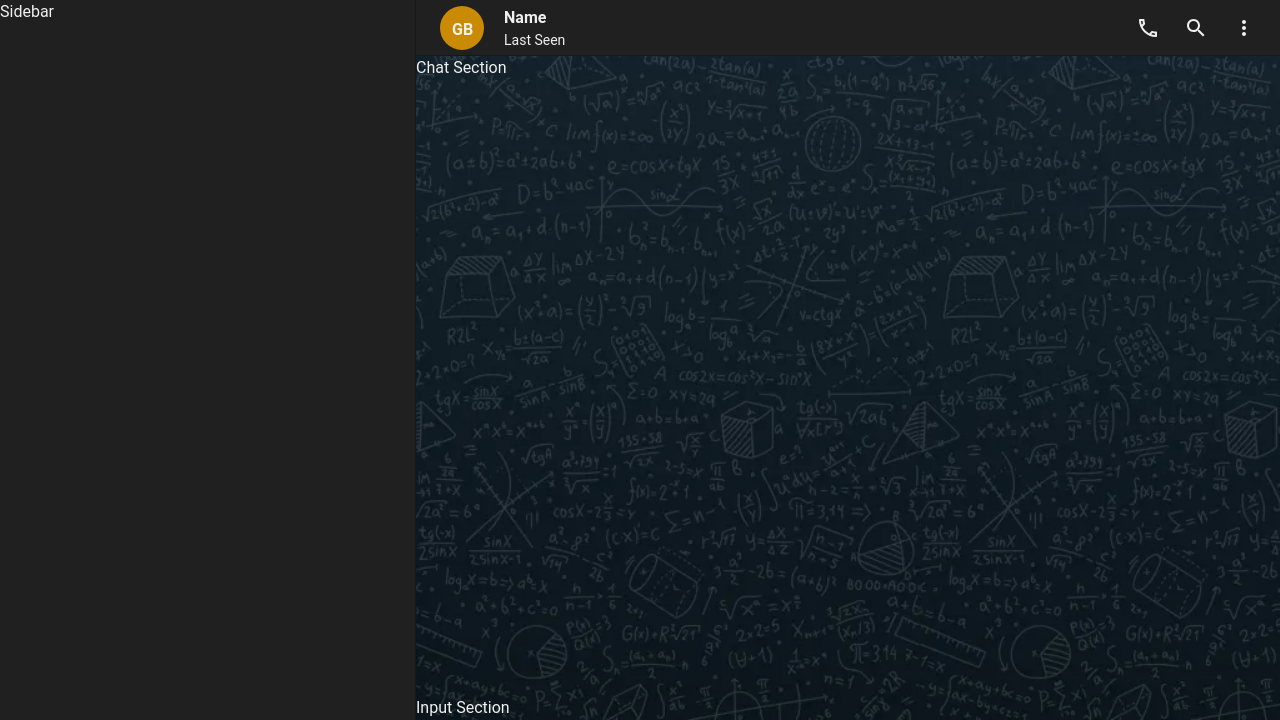
Repository: Qu4ntumGuy/telegram-clone
Page: /
An editor plug-in stored every save of this project. The page is shown before and after the next save, followed by the edit.
The browser window is 1280 px wide. The pictures show the whole page.
The project was rebuilt for these pictures with package versions that can differ from the ones it lists, and the page was loaded fresh each time. Also part of the build but not shown: src/Utils/ContextProvider.js, src/Pages/ChatPage.js/ChatPage.js.

Above is the page before, as saved 2024-07-15 12:12:01.

### src/index.css
@tailwind base;
@tailwind components;
@tailwind utilities;

:root {
  font-family: "Roboto", sans-serif;
  color-scheme: light;
  body {
    @apply bg-[#181818] text-[#f0f0f0];
  }
}
/*
:root {
  @apply bg-[#181818];
} */

### src/App.js
import { Routes, BrowserRouter, Route } from "react-router-dom";
import Sidebar from "./Components/Sidebar";
import Home from "./Pages/Home/Home";
import ChatPage from "./Pages/ChatPage.js/ChatPage";

function App() {
  return (
    <div className="flex max-w-[105rem] mx-auto">
      <Sidebar />
      <BrowserRouter>
        <Routes>
          <Route path="/" element={<Home />} />
          <Route path="/k/:id" element={<ChatPage />} />
        </Routes>
      </BrowserRouter>
      {/* <Home /> */}
    </div>
  );
}

export default App;

### src/Components/Sidebar.js
import React from "react";
import { useComponentContext } from "../Utils/ContextProvider";

function Sidebar() {
  const context = useComponentContext();
  return (
    <div className="w-full md:max-w-[26rem] bg-[#202020] border-r border-[#181818] h-screen">
      Sidebar
    </div>
  );
}

export default Sidebar;

### src/Pages/Home/Home.js
import React from "react";
import backgroundImage from "../../Assets/Desktop.webp";
import Topbar from "../../Components/Topbar";

function Home() {
  const image =
    "https://blog.1a23.com/wp-content/uploads/sites/2/2020/02/pattern_02-150x150.png";

  //   const divStyle = {
  //     width: "100%",
  //     height: "100vh", // Adjust the height as needed
  //     backgroundImage: `url(${backgroundImage})`,
  //     backgroundSize: "cover", // Ensures the image covers the entire div
  //     backgroundPosition: "center", // Centers the image
  //   };
  return (
    <div
      className="md:flex flex-col justify-center bg-cover h-screen hidden md:w-full "
      style={{ backgroundImage: `url(${backgroundImage})` }}
    >
      <div className="top-0 mb-auto h-14 bg-[#202020] border-b border-[#181818]">
        <Topbar />
      </div>
      <div className="flex flex-col h-full">
        <div className="top-0">Chat Section</div>
        <div className="bottom-0 mt-auto">Input Section</div>
      </div>
    </div>
  );
}

export default Home;

### src/Components/Topbar.js
import React from "react";
import CallOutlinedIcon from "@mui/icons-material/CallOutlined";
import SearchIcon from "@mui/icons-material/Search";
import MoreVertIcon from "@mui/icons-material/MoreVert";

function Topbar() {
  return (
    <div className="flex px-6 h-14">
      <div className="flex-1 flex items-center">
        <div className="bg-yellow-600 p-3 rounded-full h-11 w-11 text-center align-middle font-bold">
          GB
        </div>
        <div className="flex flex-col pl-5 w-full">
          <div className="font-semibold">Name</div>
          <div className="text-sm"> Last Seen</div>
        </div>
      </div>
      <div className="flex items-center space-x-6">
        <div>
          <CallOutlinedIcon />
        </div>
        <div>
          <SearchIcon />
        </div>
        <div>
          <MoreVertIcon />
        </div>
      </div>
    </div>
  );
}

export default Topbar;

Loaded but not shown: public/index.html (common file); src/index.js (common file); src/reportWebVitals.js (common file); tailwind.config.js (common file)

After the next save:
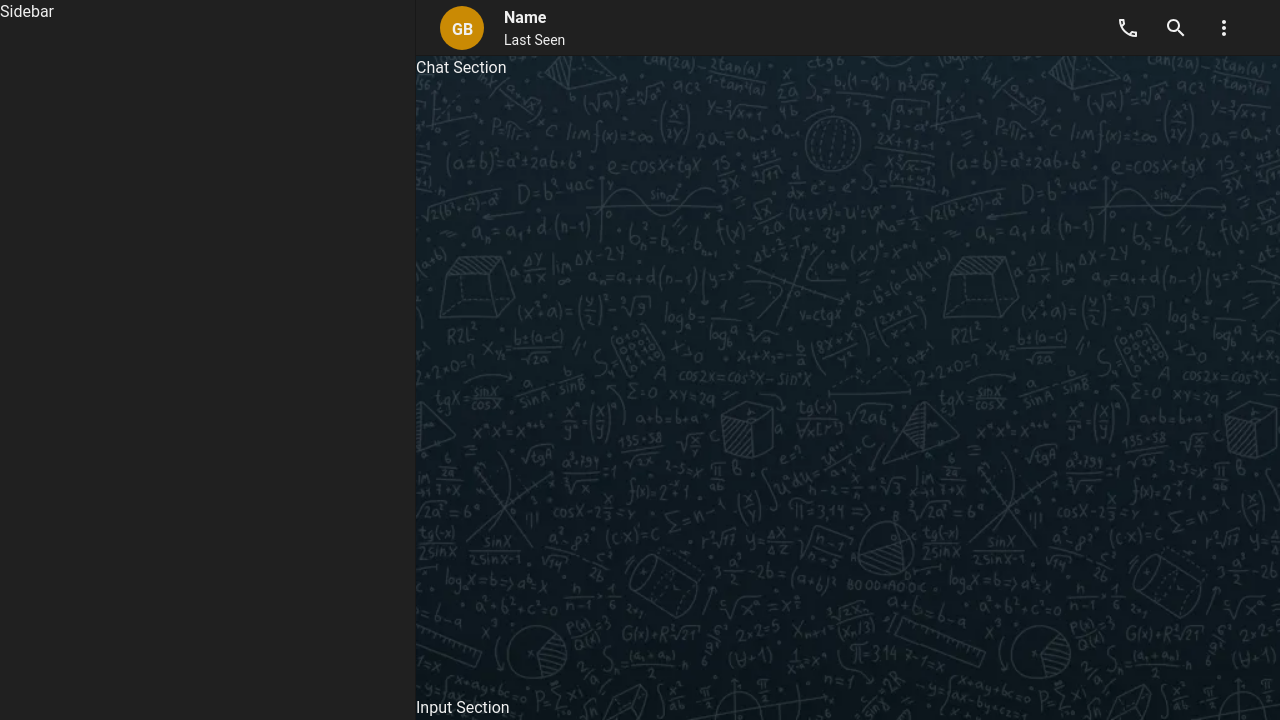
Saved 23 s later.
--- a/src/Components/Topbar.js
+++ b/src/Components/Topbar.js
@@ -15,7 +15,7 @@ function Topbar() {
           <div className="text-sm"> Last Seen</div>
         </div>
       </div>
-      <div className="flex items-center space-x-6">
+      <div className="flex items-center space-x-6 px-5">
         <div>
           <CallOutlinedIcon />
         </div>

After the save that followed:
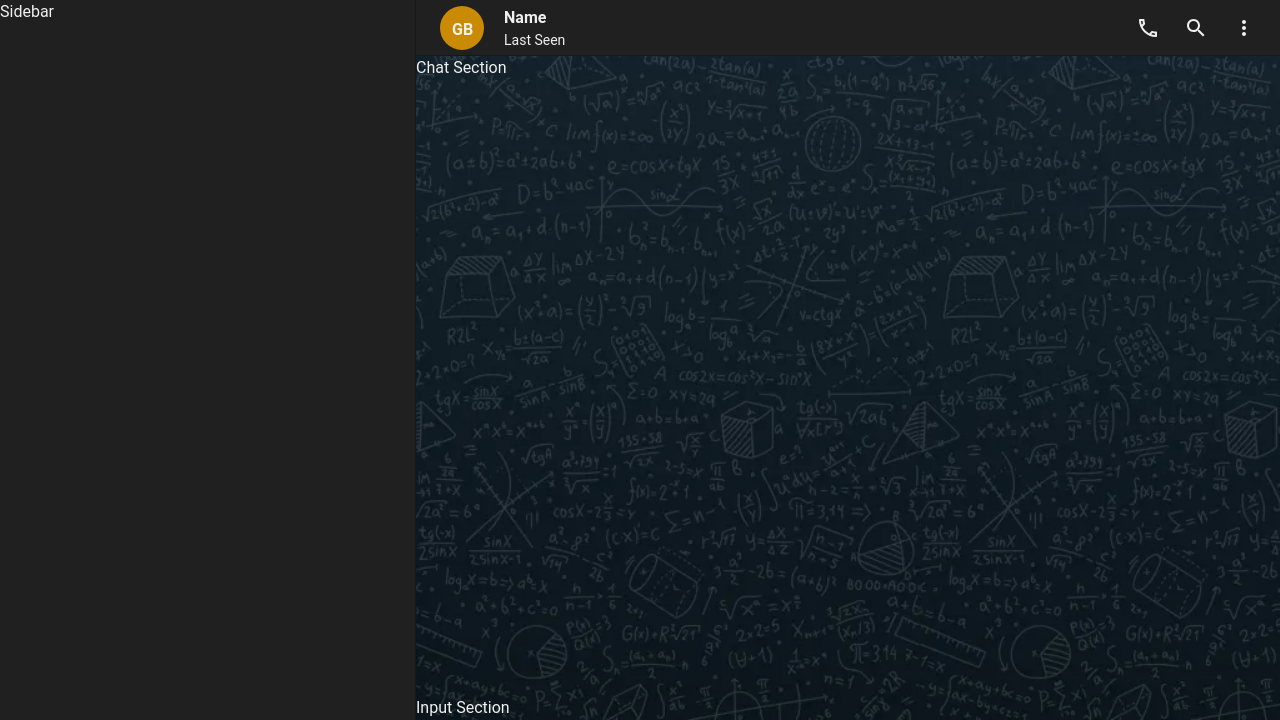
Saved 14 s later.
--- a/src/Components/Topbar.js
+++ b/src/Components/Topbar.js
@@ -15,7 +15,7 @@ function Topbar() {
           <div className="text-sm"> Last Seen</div>
         </div>
       </div>
-      <div className="flex items-center space-x-6 px-5">
+      <div className="flex items-center space-x-6 pl-3">
         <div>
           <CallOutlinedIcon />
         </div>
